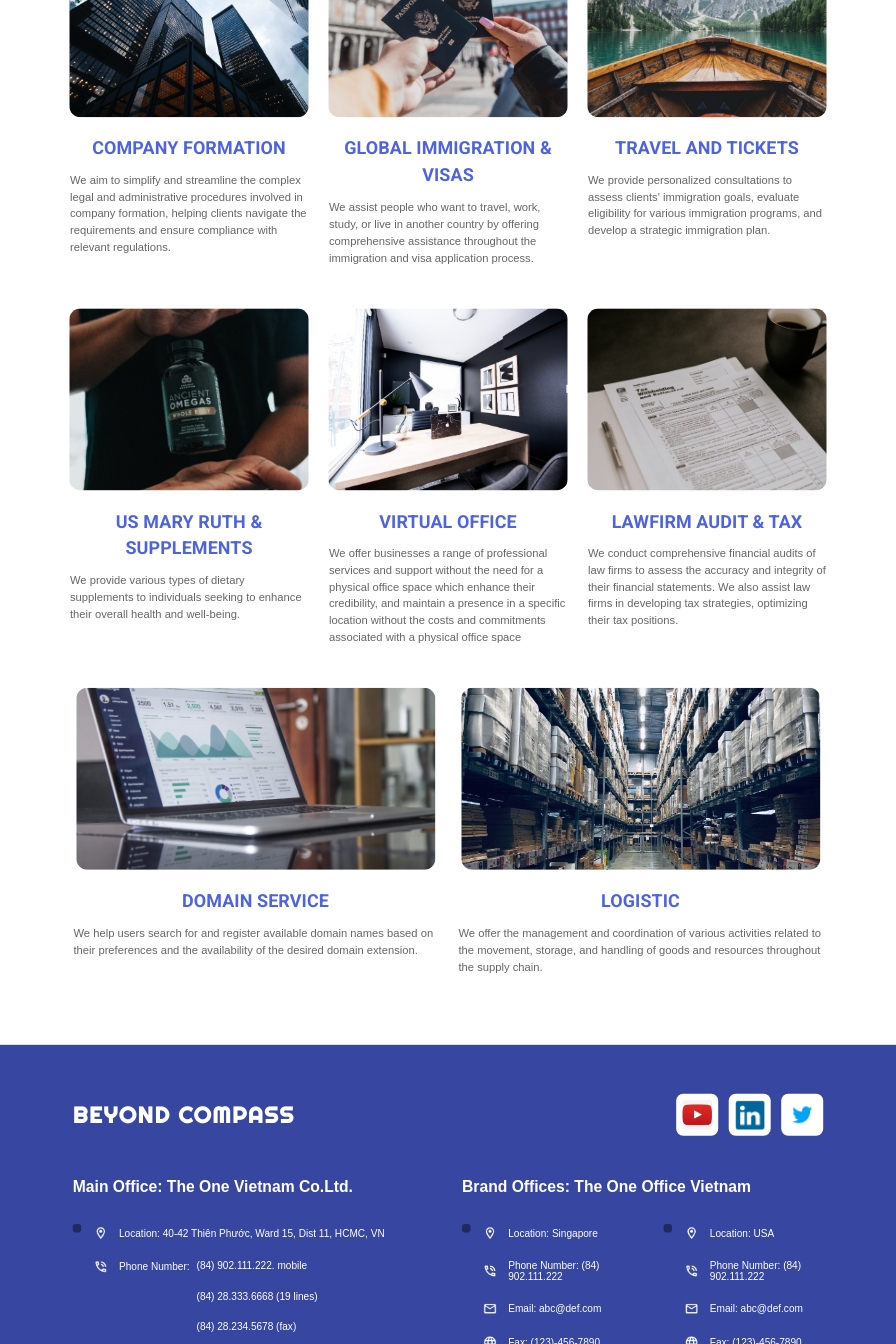
Repository: trunghau06/baitapRn
Page: pages/product.html
An editor plug-in stored every save of this project. The page is shown before and after the next save, followed by the edit.
The browser window is 1280 px wide. The pictures show the part of the page from y = 692 to 2612 px (the page is 3230 px tall before and 3254 px after), at 70% of full size.

Above is the page before, as saved 2025-10-15 19:45:46.

### pages/product.html
<!DOCTYPE html>
<html lang="en">
<head>
    <meta charset="UTF-8">
    <meta name="viewport" content="width=device-width, initial-scale=1.0">
    <title>Our products</title>
    <link rel="stylesheet" href="../style/product.css?v=1">
    <link rel="stylesheet" href="https://cdnjs.cloudflare.com/ajax/libs/font-awesome/6.5.1/css/all.min.css">
    <link href="https://fonts.googleapis.com/css2?family=Roboto:wght@400;700&display=swap" rel="stylesheet">
</head>
<body>
    <!-- Thanh Header -->
    <header>
        <div class="header-Page">
            <!-- Logo -->
            <div class="logo">BEYOND COMPASS</div>

            <!-- Navigation Menu -->
            <nav>
                <div class="menu-item"><a href="../index.html">HOME</a></div>
                <div class="menu-item"><a href="../pages/about.html">ABOUT US</a></div>
                <div class="menu-item active"><a href="../pages/product.html">OUR PRODUCTS</a></div>
                <div class="menu-item"><a href="../pages/news.html">NEWS</a></div>
                <div class="menu-item"><a href="../pages/team.html">OUR TEAM</a></div>
                <div class="menu-item"><a href="../pages/contact.html">CONTACT</a></div>
                <div class="menu-item"><a href="../pages/blogs.html">BLOGS</a></div>
            </nav>
        </div>
    </header>

    <div class="header-banner"></div>

    <!-- Gioi Thieu -->
    <div class="introduce-Page">
        <svg class="hexagon-small-double" viewBox="0 0 100 115" xmlns="http://www.w3.org/2000/svg">
            <polygon points="50 10, 85 30, 85 70, 50 90, 15 70, 15 30"
                    fill="#C8CFF6"
                    stroke="none"/>
            <polygon points="50 -2, 97 20, 97 80, 50 102, 3 80, 3 20"
                    fill="none"
                    stroke="#C8CFF6"
                    stroke-width="10"/>
        </svg>

        <div class="hexagon hexagon-large"></div>

         <svg class="hexagon-outline" viewBox="0 0 100 115" xmlns="http://www.w3.org/2000/svg">
            <polygon points="50 0, 93 25, 93 75, 50 100, 7 75, 7 25"
                    fill="none"
                    stroke="#C8CFF6"
                    stroke-width="2"
                    stroke-dasharray="5, 5"/>
        </svg>

        <svg class="pentagon-outline" viewBox="0 0 100 100" xmlns="http://www.w3.org/2000/svg">
            <defs>
                <linearGradient id="strokeHalfColor" x1="0%" y1="0%" x2="100%" y2="0%">
                    <stop offset="50%" style="stop-color:#FFFFFF;stop-opacity:1" />
                    <stop offset="50%" style="stop-color:#C8CFF6;stop-opacity:1" />
                </linearGradient>
            </defs>
            <polygon points="50 5, 95 40, 80 90, 20 90, 5 40"
                    fill="none"
                    stroke="url(#strokeHalfColor)"
                    stroke-width="3"
                    transform="rotate(30 50 50)"/>
        </svg>

        <svg class="pentagon-filled" viewBox="0 0 100 100" xmlns="http://www.w3.org/2000/svg">
            <polygon points="50 5, 95 40, 80 90, 20 90, 5 40"
                    fill="#C8CFF6"
                    stroke="#C8CFF6"
                    stroke-width="3"/>
        </svg>

        <h1>Our products</h1>

        <h3>Unleash the Power of Innovation!</h3>

        <p>We are proud to offer a diverse range of cutting-edge products designed to revolutionize your world.</p>
    </div>

    <div class="box-section">
        <!-- box 1 -->
        <div class="box">
            <img src="../Images/image_box_1.jpg" alt="">

            <div class="content-box">
                <h3>COMPANY FORMATION</h3>

                <p>
                    We aim to simplify and streamline the complex legal
                    and administrative procedures involved in company
                    formation, helping clients navigate the requirements
                    and ensure compliance with relevant regulations.</p>
            </div>
        </div>

        <!-- box 2 -->
        <div class="box">
            <img src="../Images/image_box_2.jpg" alt="">

            <div class="content-box">
                <h3>GLOBAL IMMIGRATION & VISAS</h3>

                <p>
                    We assist people who want to travel, work, study, or
                    live in another country by offering comprehensive
                    assistance throughout the immigration and visa
                    application process.</p>
            </div>
        </div>

        <!-- box 3 -->
        <div class="box">
            <img src="../Images/image_box_3.jpg" alt="">

            <div class="content-box">
                <h3>TRAVEL AND TICKETS</h3>

                <p>
                    We provide personalized consultations to assess
                    clients' immigration goals, evaluate eligibility for
                    various immigration programs, and develop a
                    strategic immigration plan.</p>
            </div>
        </div>

        <!-- box 4 -->
        <div class="box">
            <img src="../Images/image_box_4.jpg" alt="">

            <div class="content-box">
                <h3>US MARY RUTH & SUPPLEMENTS</h3>

                <p>
                    We provide various types of dietary supplements to
                    individuals seeking to enhance their overall health
                    and well-being.
            </div>
        </div>

        <!-- box 5 -->
        <div class="box">
            <img src="../Images/image_box_5.jpg" alt="">

            <div class="content-box">
                <h3>VIRTUAL OFFICE</h3>

                <p>
                    We offer businesses a range of professional services
                    and support without the need for a physical office
                    space which enhance their credibility, and maintain a
                    presence in a specific location without the costs and
                    commitments associated with a physical office
                    space
                </p>
            </div>
        </div>

        <!-- box 6 -->
        <div class="box">
            <img src="../Images/image_box_6.jpg" alt="">

            <div class="content-box">
                <h3>LAWFIRM AUDIT & TAX</h3>

                <p>
                    We conduct comprehensive financial audits of law
                    firms to assess the accuracy and integrity of their
                    financial statements. We also assist law firms in
                    developing tax strategies, optimizing their tax
                    positions.
                </p>
            </div>
        </div>

        <!-- box 7 -->
        <div class="box">
            <img src="../Images/image_box_7.jpg" alt="">

            <div class="content-box">
                <h3>DOMAIN SERVICE</h3>

                <p>
                    We help users search for and register available domain names based on their
                    preferences and the availability of the desired domain extension.
                </p>
            </div>
        </div>

        <!-- box 8 -->
        <div class="box">
            <img src="../Images/image_box_8.jpg" alt="">

            <div class="content-box">
                <h3>LOGISTIC</h3>

                <p>
                    We offer the management and coordination of various activities related to the
                    movement, storage, and handling of goods and resources throughout the supply
                    chain.
                </p>
            </div>
        </div>
    </div>

    <!-- Footer -->
    <div class="footer">
        <!-- Header -->
        <div class="header-Footer">
            <h2>BEYOND COMPASS</h2>
            <div class="social-icons">
                <button><img src="../Images/youtube.png" alt="YouTube"></button>
                <button><img src="../Images/logo_linkedin.png" alt="LinkedIn"></button>
                <button><img src="../Images/image.png" alt="Twitter"></button>
            </div>
        </div>

        <!-- Offices -->
        <div class="offices">
            <!-- Main Office -->
            <div class="office">
                <h3>Main Office: The One Vietnam Co.Ltd.</h3>
                <div class="office-info">
                    <span class="square"></span>

                    <div class="content-info">
                        <p><img src="../Images/ic_map.png" alt="">Location: 40-42 Thiên Phước, Ward 15, Dist 11, HCMC, VN</p>

                        <div class="phone-group">
                            <p><img src="../Images/ic_phone.png" alt="">Phone Number: </p>

                            <div class="phone">
                                <p>(84) 902.111.222. mobile</p>
                                <p>(84) 28.333.6668 (19 lines)</p>
                                <p>(84) 28.234.5678 (fax)</p>
                            </div>
                        </div>

                        <p><img src="../Images/ic_email.png" alt="">Email: abc@def.com</p>
                        <p><img src="../Images/ic_global.png" alt="">Fax: (123)-456-7890</p>
                    </div>
                </div>
            </div>

            <!-- Brand Offices -->
            <div class="office">
                <h3>Brand Offices: The One Office Vietnam</h3>
                <div class="brand-offices">
                    <div class="office-info">
                        <span class="square"></span>

                        <div class="content-info">
                            <p><img src="../Images/ic_map.png" alt="Location">Location: Singapore</p>
                            <p><img src="../Images/ic_phone.png" alt="Phone">Phone Number: (84) 902.111.222</p>
                            <p><img src="../Images/ic_email.png" alt="Email">Email: abc@def.com</p>
                            <p><img src="../Images/ic_global.png" alt="Fax">Fax: (123)-456-7890</p>
                        </div>
                    </div>

                    <div class="office-info">
                        <span class="square"></span>

                        <div class="content-info">
                            <p><img src="../Images/ic_map.png" alt="">Location: USA</p>
                            <p></span><img src="../Images/ic_phone.png" alt="">Phone Number: (84) 902.111.222</p>
                            <p></span><img src="../Images/ic_email.png" alt="">Email: abc@def.com</p>
                            <p></span><img src="../Images/ic_global.png" alt="">Fax: (123)-456-7890</p>
                        </div>
                    </div>
                </div>
            </div>
        </div>

        <div class="line"></div>

        <div class="footer-links">
            <div class="link-column">
            <h4>OUR PRODUCTS</h4>
            <ul>
                <li><i class="fas fa-chevron-right"></i> Company Formation</li>
                <li><i class="fas fa-chevron-right"></i> Globalization & Visas</li>
                <li><i class="fas fa-chevron-right"></i> Travel & Ticket</li>
                <li><i class="fas fa-chevron-right"></i> Logistic</li>
                <li><i class="fas fa-chevron-right"></i> Virtual Office</li>
            </ul>
            </div>

            <div class="link-column">
            <h4>COMPANY</h4>
            <ul>
                <li><i class="fas fa-chevron-right"></i> About Us</li>
                <li><i class="fas fa-chevron-right"></i> Terms of Service</li>
                <li><i class="fas fa-chevron-right"></i> Privacy Policy</li>
                <li><i class="fas fa-chevron-right"></i> Support</li>
            </ul>
            </div>
        </div>

        <footer class="footer-bottom">
            <p>Copyright © 2023 by THEONEVIETNAM.COM. All rights reserved. Designed by Tuyet Nhi.</p>
        </footer>
    </div>
</body>
</html>

### style/product.css
@import url('https://fonts.googleapis.com/css2?family=Righteous&display=swap');

* {
    margin: 0;
    padding: 0;
    box-sizing: border-box;
}

body {
    font-family: Arial, sans-serif;
}

/* Header */
.header-Page {
    position: fixed;
    top: 0;
    left: 0;
    width: 100%;
    margin: 0 auto;
    padding: 0 104px;
    display: flex;
    justify-content: space-between;
    align-items: center;
    height: 80px;
    background-color: white;
    z-index: 1000;
}


/* Logo */
.logo {
    font-family: 'Righteous', Arial, sans-serif;
    color: #2A367C;
    font-size: 1.8em;
    font-weight: 400;
}

/* Menu */
nav {
    display: flex;
    align-items: flex-end;
}

.menu-item {
    display: flex;
    justify-content: center;
    padding: 0;
}

.menu-item a {
    display: flex;
    align-items: center;
    justify-content: center;
    padding: 12px 16px 28px 16px;
    text-decoration: none;
    color: #666666;
    font-size: 1em;
    font-weight: 700;
    font-family: 'Roboto', Arial, sans-serif;
    border-bottom: 4px solid transparent;
    transition: border-color 0.3s, color 0.3s;
    cursor: pointer;
}

.menu-item a:hover {
    border-bottom-color: #3746A0;
    color: #3746A0;
}

.menu-item.active a {
    border-bottom-color: #3746A0;
    color: #3746A0;
}

/* Banner */
.header-banner {
    margin-top: 80px;
    width: 100%;
    height: 200px;
    background-image: url('../Images/anhHeader_7.jpg');
    background-size: cover;
    background-position: center;
}

.introduce-Page {
    position: relative;
    background: linear-gradient(to right, #EBEDEE, #FDFBFB);
    display: flex;
    flex-direction: column;
    justify-items: center;
    align-items: center;
    padding: 30px 20px;
    overflow: hidden;
}

.introduce-Page h1 {
    font-family: 'Roboto', Arial, sans-serif;
    color: #2A367C;
    font-size: 3em;
    font-weight: 700;
    margin-bottom: 20px;
    line-height: 1.5;
    letter-spacing: 1%;
    z-index: 2;
}

.introduce-Page h3 {
    font-family: 'Roboto', Arial, sans-serif;
    font-size: 2em;
    color: #666666;
    line-height: 1.5;
    letter-spacing: 1%;
    margin-bottom: 20px;
    font-weight: bold;
}

.introduce-Page p {
    color: #666666;
    font-family: 'Roboto', Arial, sans-serif;
    line-height: 1.5;
    letter-spacing: 1%;
    margin-bottom: 15px;
    font-size: 1em;
}

.hexagon {
    position: absolute;
    background-color: #C8CFF6;
    clip-path: polygon(
        50% 0%, 93% 25%, 93% 75%, 50% 100%, 7% 75%, 7% 25%
    );
    box-shadow:
        0 0 0 8px white,
        0 0 0 10px #8B9FD9;
}

/* Hình lục giác nhỏ với 2 lớp viền */
.hexagon-small-double {
    position: absolute;
    width: 90px;
    height: 140px;
    top: 72%;
    left: 20px;
    z-index: 2;
}

/* Hình lục giác lớn */
.hexagon-large {
    width: 80px;
    height: 80px;
    bottom: 10px;
    right: 5%;
}

/* Hình lục giác chỉ viền nét đứt */
.hexagon-outline {
    position: absolute;
    width: 280px;
    height: 280px;
    top: 15%;
    right: 80px;
    transform: translateY(-50%);
}

/* Hình ngũ giác 5 góc nghiêng phải */
.pentagon-outline {
    position: absolute;
    width: 80px;
    height: 80px;
    top: 25%;
    left: 40%;
    transform: translate(-50%, -50%);
    z-index: 1;
}

/* Hình ngũ giác có ruột màu xanh */
.pentagon-filled {
   position: absolute;
    width: 80px;
    height: 80px;
    top: 25%;
    left: 38%;
    transform: translate(-50%, -50%);
    z-index: 0;
}

/* Cac box */
.box-section {
    display: flex;
    flex-wrap: wrap;
    gap: 10px;
    width: 100%;
    padding: 40px 40px 80px 40px;
    justify-content: center;
    align-items: stretch;
}

.box {
    width: 30%;
    border-radius: 15px;
    overflow: visible;
    display: flex;
    flex-direction: column;
    justify-items: center;
    align-items: center;
    padding: 20px 0;
}

.box img {
    width: 95%;
    height: 260px;
    object-fit: cover;
    border-radius: 16px;
}

.box-section .box:last-child,
.box-section .box:nth-last-child(2) {
    height: 250px;
}

.content-box {
    padding: 10px;
    text-align: center;
    flex-grow: 1;
}

.content-box h3 {
    font-family: 'Roboto', Arial, sans-serif;
    color: #4D63E2;
    font-size: 1.6em;
    font-weight: 700;
    line-height: 1.5;
    letter-spacing: 0.16px;
    margin: 15px 0 15px 0;
}

.content-box p {
    color: #666666;
    font-size: 1em;
    line-height: 1.5;
    letter-spacing: 1%;
    text-align: left;
}

.box:nth-child(7),
.box:nth-child(8) {
    width: 45%;
    margin-bottom: 100px;
}

/* Footer */
.footer {
  display: flex;
  flex-direction: column;
  background-color: #3746A0;
  margin-top: 100px;
}

.header-Footer {
    display: flex;
    justify-content: space-between;
    align-items: center;
    padding: 20px 104px;
    margin-top: 50px;
}

.header-Footer h2 {
    font-size: 2em;
    font-weight: bold;
    letter-spacing: 2px;
    font-family: 'Righteous', Arial, sans-serif;
    color: #FFFFFF;
}

.social-icons {
    display: flex;
    gap: 15px;
}

.social-icons button {
    background: #FFFFFF;
    border: none;
    cursor: pointer;
    width: 60px;
    height: 60px;
    border-radius: 10px;
    display: flex;
    align-items: center;
    justify-content: center;
}

.social-icons button img {
    width: 70%;
    height: 70%;
    object-fit: contain;
}

.offices {
    padding: 10px 104px;
    display: grid;
    grid-template-columns: 1fr 1fr;
    gap: 40px;
    margin-top: 30px;
}

.brand-offices {
    display: grid;
    grid-template-columns: 1fr 1fr;
    gap: 60px;
}

.office h3 {
    margin-bottom: 15px;
    font-size: 1.4em;
    color: #FFFFFF;
}

.office-info {
    position: relative;
    margin-bottom: 20px;
    display: flex;
    align-items: flex-start;
}

.office-info .square {
    position: absolute;
    left: 0;
    top: 25px;
    width: 12px;
    height: 12px;
    background: #202A5F;
    border-radius: 4px;
}

.content-info {
    padding-left: 30px;
}

.content-info p {
    margin: 28px 0;
    display: flex;
    align-items: center;
    font-size: 0.9em;
    color: #FFFFFF;
}

.phone-group {
    display: flex;
    justify-content: left;
    align-items: flex-start;
    gap: 10px;
}

.phone-group p {
    margin: 0;
    font-size: 0.9em;
    margin-bottom: 28px;
    color: #FFFFFF;
}

.phone-group .phone p:nth-of-type(3) {
    margin-bottom: 0;
}

.phone {
    display: flex;
    flex-direction: column;
    text-align: left;
}

.content-info img {
    width: 20px;
    height: 20px;
    margin-right: 16px;
    vertical-align: middle;
    filter: brightness(0) invert(1);
}

.line {
    width: 83%;
    height: 2px;
    background: rgba(255,255,255,0.5);
    margin: 0 auto 40px auto;
}

.footer-links {
  display: flex;
  justify-content: left;
  gap: 200px;
  padding: 20px 120px;
  margin-bottom: 50px;
}

.link-column h4 {
  margin-bottom: 15px;
  font-size: 1.4em;
  font-weight: bold;
  color: #FFFFFF;
  text-transform: uppercase;
}

.link-column ul {
  list-style: none;
  padding: 0 10px;
}

.link-column ul li {
  margin: 28px 0;
  font-size: 0.9em;
  display: flex;
  align-items: center;
  color: #FFFFFF;
}

.link-column ul li i {
  margin-right: 12px;
  font-size: 0.8em;
  color: #FFFFFF;
}

.footer-bottom {
  margin-top: auto;
  background: #fff;
  text-align: center;
  padding: 30px 0;
  font-size: 12px;
  color: #555;
  border-top: 1px solid #ddd;
}

After the next save:
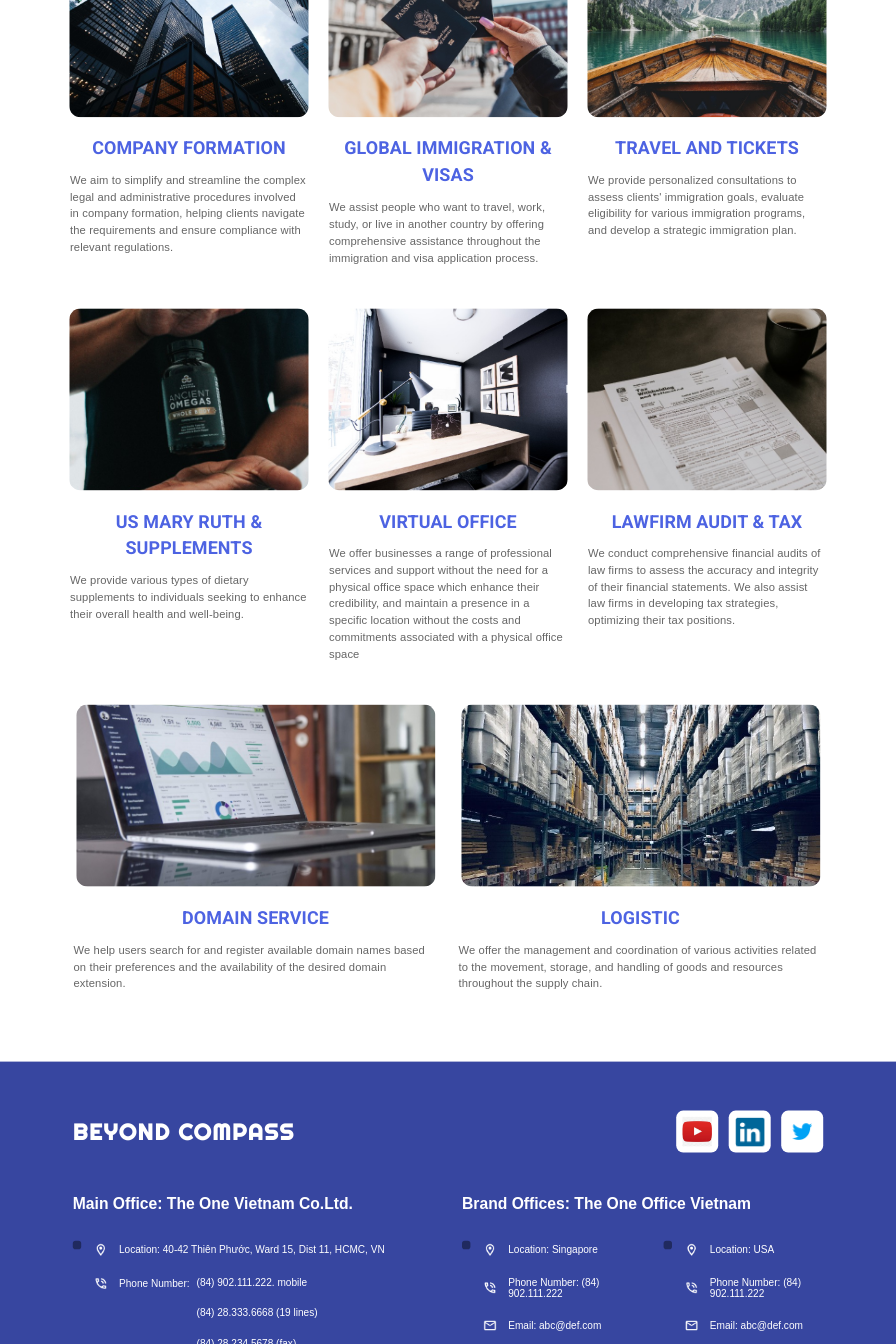
Saved 13 s later.
--- a/style/product.css
+++ b/style/product.css
@@ -238,7 +238,7 @@ nav {
     color: #666666;
     font-size: 1em;
     line-height: 1.5;
-    letter-spacing: 1%;
+    letter-spacing: 0.16px;
     text-align: left;
 }
 
